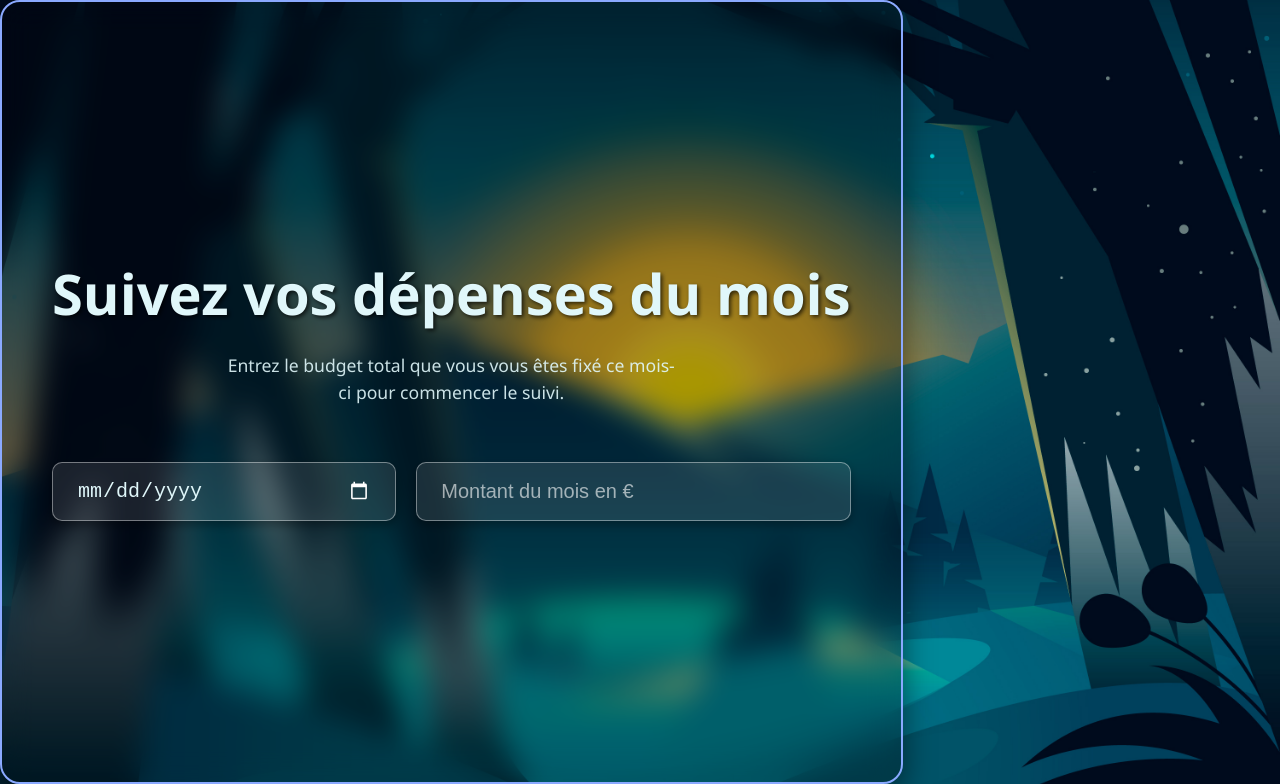
Repository: Alexandre74739/depense-react
Page: /
These files come from the project's save history. The page is drawn as it stood at one moment and after a run of saves; the edit follows.
The browser window is 1280 px wide. The pictures show the whole page.
Backgrounds fixed to the window are drawn as part of the page. The project was rebuilt for these pictures with package versions that can differ from the ones it lists, and the page was loaded fresh each time. Also part of the build but not shown: vite.config.js.

Above is the page before, as saved 2025-11-21 19:49:47.

After the next 2 saves:
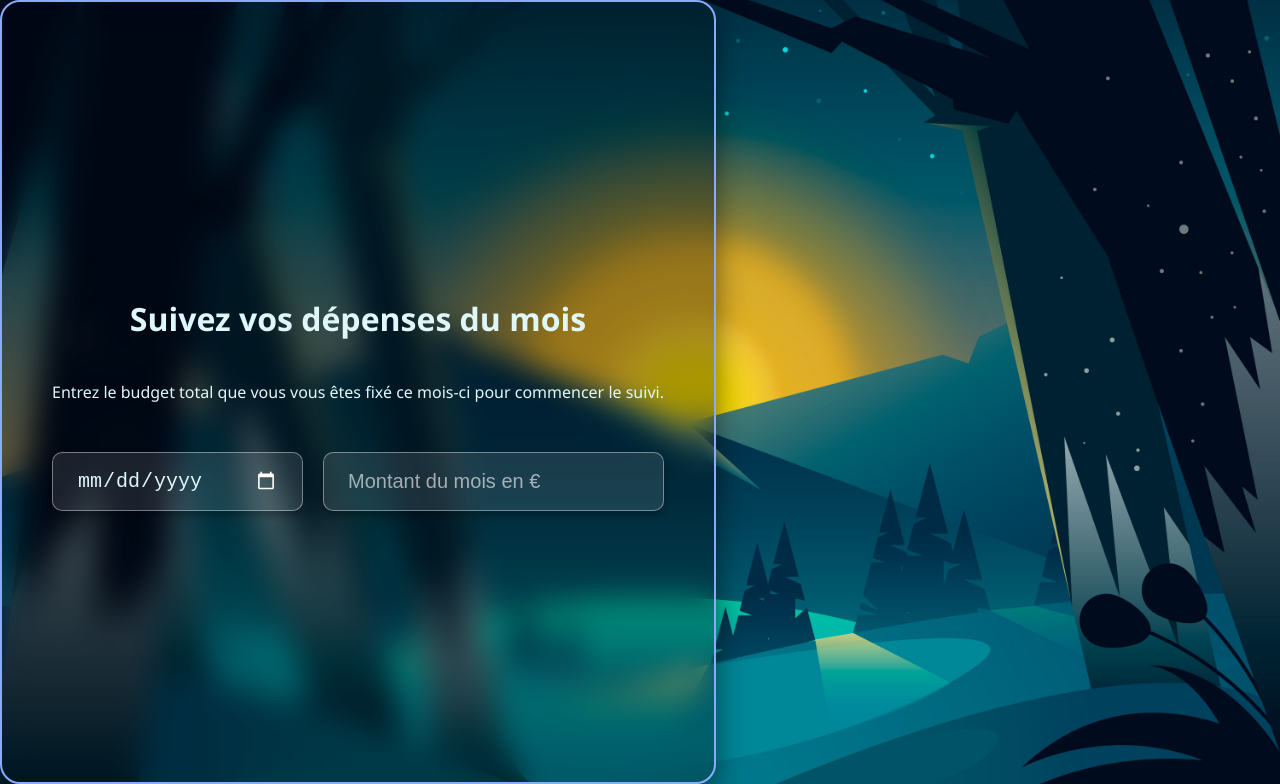
The 2 saves are shown as one change because they came seconds apart.
The last was saved 13 s later.
--- a/src/App.css
+++ b/src/App.css
@@ -31,9 +31,7 @@
   padding: 30px 50px;
   box-shadow: 0 10px 30px rgba(0, 0, 0, 0.5);
   transition: all 0.3s ease-in;
-}
-
-.container h1 {
+  .container h1 {
   font-size: 3.5rem;
   line-height: 1.1;
   margin: 0 0 10px 0;
@@ -47,6 +45,9 @@
     opacity: 0.9;
 }
 
+
+}
+
 @media (max-width: 600px) {
   .container {
     padding: 20px 30px;

After the 5 saves that followed:
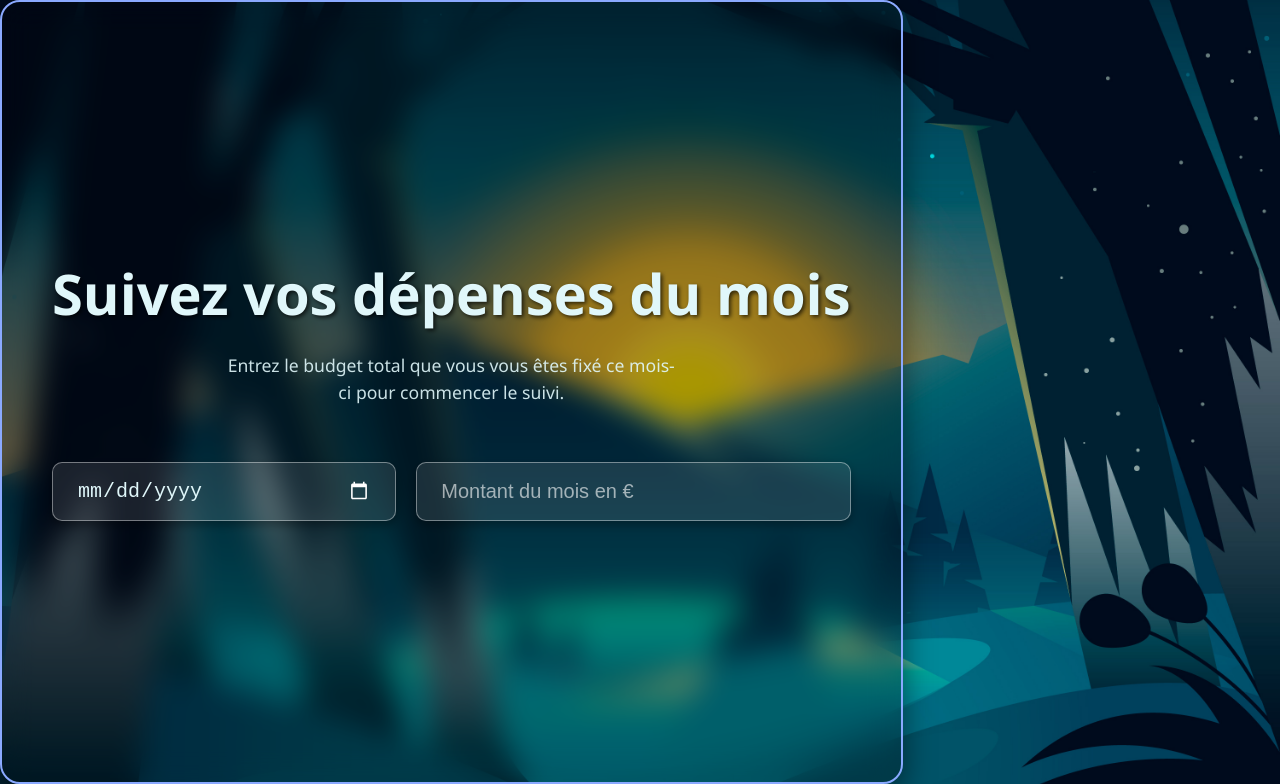
The 5 saves are shown as one change because 1 left the picture as it was and some came seconds apart.
The last was saved 17 s later.
--- a/src/App.css
+++ b/src/App.css
@@ -14,7 +14,8 @@
   background-position: center;
   background-repeat: no-repeat;
   background-size: cover;
-  background-attachment: fixed; /* Rend l'effet plus agréable lors du défilement */
+  background-attachment: fixed;
+  /* Rend l'effet plus agréable lors du défilement */
 }
 
 .container {
@@ -31,20 +32,20 @@
   padding: 30px 50px;
   box-shadow: 0 10px 30px rgba(0, 0, 0, 0.5);
   transition: all 0.3s ease-in;
-  .container h1 {
-  font-size: 3.5rem;
-  line-height: 1.1;
-  margin: 0 0 10px 0;
-  text-shadow: 2px 2px 4px rgba(0, 0, 0, 0.7);
-}
 
-.container p {
+  h1 {
+    font-size: 3.5rem;
+    line-height: 1.1;
+    margin: 0 0 10px 0;
+    text-shadow: 2px 2px 4px rgba(0, 0, 0, 0.7);
+  }
+
+  p {
     font-size: 1.1rem;
     max-width: 450px;
     margin-bottom: 25px;
     opacity: 0.9;
-}
-
+  }
 
 }
 
